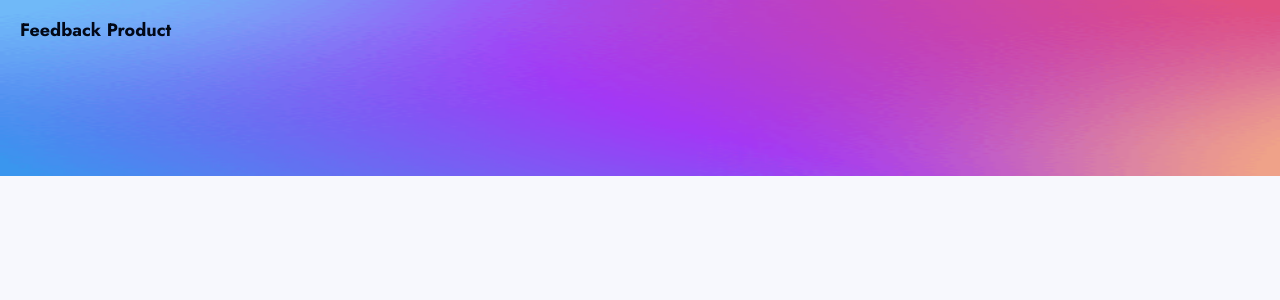
Repository: KornelJanczak/product-feedback-app
Page: /
The author's editor kept a copy of each file at every save. The page is drawn from the files as they stood at one save, then again after the next save.
The browser window is 1280 px wide. The pictures show the whole page.
The page's requests for data from a server got no answer. The project was rebuilt for these pictures with package versions that can differ from the ones it lists, and the page was loaded fresh each time. The framework's server and built-in components were replaced by stand-ins that run in the browser. No one was signed in, and anything a server would have sent is missing. Also part of the build but not shown: next.config.js, next.config.mjs.

Above is the page before, as saved 2024-01-29 18:27:58.

### app/layout.tsx
import type { Metadata } from "next";
import { Jost } from "next/font/google";
import { Toaster } from "sonner";
import "./globals.css";
import { authOptions } from "@/app/api/auth/[...nextauth]/options";
import { getServerSession } from "next-auth";
import AuthProvider from "@/providers/session-provider";

export const jost = Jost({
  subsets: ["latin"],
});

export const metadata: Metadata = {
  title: "Product Feedback",
  description: "Create your own section!",
};

export default async function RootLayout({
  children,
}: Readonly<{
  children: React.ReactNode;
}>) {
  const session = await getServerSession(authOptions);

  return (
    <html lang="en">
      <body
        className={`${jost.className} bg-darkWhite`}
        suppressHydrationWarning={true}
      >
        <AuthProvider session={session}>
          <Toaster position="top-center" />
          {children}
        </AuthProvider>
      </body>
    </html>
  );
}

### app/(content)/layout.tsx
import { ReactNode } from "react";
import Nav from "./_components/nav";

export default function Layout({ children }: { children: ReactNode }) {
  return (
    <>
      <Nav />
      {children}
    </>
  );
}

### app/globals.css
@tailwind base;
@tailwind components;
@tailwind utilities;

* {
  margin: 0;
  padding: 0;
}

@layer base {
  :root {
    --background: 0 0% 100%;
    --foreground: 222.2 84% 4.9%;

    --card: 0 0% 100%;
    --card-foreground: 222.2 84% 4.9%;

    --popover: 0 0% 100%;
    --popover-foreground: 222.2 84% 4.9%;

    --primary: 222.2 47.4% 11.2%;
    --primary-foreground: 210 40% 98%;

    --secondary: 210 40% 96.1%;
    --secondary-foreground: 222.2 47.4% 11.2%;

    --muted: 210 40% 96.1%;
    --muted-foreground: 215.4 16.3% 46.9%;

    --accent: 210 40% 96.1%;
    --accent-foreground: 222.2 47.4% 11.2%;

    --destructive: 0 84.2% 60.2%;
    --destructive-foreground: 210 40% 98%;

    --border: 214.3 31.8% 91.4%;
    --input: 214.3 31.8% 91.4%;
    --ring: 222.2 84% 4.9%;

    --radius: 0.5rem;
  }

  .dark {
    --background: 222.2 84% 4.9%;
    --foreground: 210 40% 98%;

    --card: 222.2 84% 4.9%;
    --card-foreground: 210 40% 98%;

    --popover: 222.2 84% 4.9%;
    --popover-foreground: 210 40% 98%;

    --primary: 210 40% 98%;
    --primary-foreground: 222.2 47.4% 11.2%;

    --secondary: 217.2 32.6% 17.5%;
    --secondary-foreground: 210 40% 98%;

    --muted: 217.2 32.6% 17.5%;
    --muted-foreground: 215 20.2% 65.1%;

    --accent: 217.2 32.6% 17.5%;
    --accent-foreground: 210 40% 98%;

    --destructive: 0 62.8% 30.6%;
    --destructive-foreground: 210 40% 98%;

    --border: 217.2 32.6% 17.5%;
    --input: 217.2 32.6% 17.5%;
    --ring: 212.7 26.8% 83.9%;
  }
}

@layer base {
  * {
    @apply border-border;
  }
  body {
    @apply bg-background text-foreground;
  }
}

### app/api/auth/[...nextauth]/options.ts
import NextAuth, { NextAuthOptions } from "next-auth";
import GithubProvider from "next-auth/providers/github";
import CredentialsProvider from "next-auth/providers/credentials";
import { PrismaAdapter } from "@next-auth/prisma-adapter";
import bcryptjs from "bcryptjs";
import prisma from "@/lib/db";

export const authOptions: NextAuthOptions = {
  adapter: PrismaAdapter(prisma),
  session: {
    strategy: "jwt",
  },
  secret: process.env.NEXTAUTH_SECRET,
  pages: {
    signIn: "/login",
  },
  providers: [
    GithubProvider({
      clientId: process.env.GITHUB_ID as string,
      clientSecret: process.env.GITHUB_SECRET as string,
    }),
    CredentialsProvider({
      name: "credentials",
      credentials: {},
      async authorize(credentials) {
        try {
          const { email, password } = credentials as {
            email: string;
            password: string;
          };

          console.log(email, password);
          const user = await prisma?.user.findFirst({
            where: {
              email,
            },
          });

          if (!user) return null;

          const passwordMatch = await bcryptjs.compare(
            password,
            user.password as string
          );

          if (!passwordMatch) return null;

          return user;
        } catch {
          return null;
        }
      },
    }),
  ],
  callbacks: {
    async signIn({ user, account }) {
      if (account?.provider == "credentials") return user;

      if (account?.provider === "github") {
        try {
          const existingUser = await prisma.user.findFirst({
            where: {
              email: user.email as string,
            },
          });

          if (existingUser) return existingUser;

          const newUser = await prisma.user.create({
            data: {
              userName: user.name!,
              email: user.email!,
            },
          });

          return newUser as any;
        } catch {
          return false;
        }
      }
    },
    async jwt({ token }) {
      const dbUser = await prisma.user.findFirst({
        where: {
          email: token.email as string,
        },
      });

      if (!dbUser) return token;

      return {
        id: dbUser.id,
        email: dbUser.email,
        name: dbUser.userName,
      };
    },

    async session({ token, session }) {
      if (token) {
        return {
          ...session,
          user: {
            email: token.email,
            name: token.name,
            id: token.id,
          },
        };
      }
      return session;
    },
    async redirect({ url, baseUrl }) {
      // if (url.startsWith("/")) return `${baseUrl}`;
      // // Allows callback URLs on the same origin
      // else if (new URL(url).origin === baseUrl) return baseUrl;
      // return baseUrl;
      return "/";
    },
  },
};

export default NextAuth(authOptions);

### providers/session-provider.tsx
"use client";
import { SessionProvider } from "next-auth/react";
import { ReactNode } from "react";
export default function AuthProvider({
  children,
  session,
}: {
  children: ReactNode;
  session: any;
}) {
  return <SessionProvider session={session}>{children}</SessionProvider>;
}

### app/(content)/_components/nav.tsx
import ResponsiveImage from "@/components/ui/responsive-image";

export default function Nav() {
  return (
    <header className="text relative">
      <ResponsiveImage
        images={{
          desktop: "/assets/suggestions/desktop/background-header.png",
          mobile: "/assets/suggestions/mobile/background-header.png",
          tablet: "/assets/suggestions/tablet/background-header.png",
        }}
        pictureClassName="absolute w-full w-full sm:h-16"
        imgClassName="w-full h-16 sm:h-44"
        altText="Gradient image"
        width={340}
        height={72}
      />
      <div className="container z-10 absolute pt-4">
        <h2 className="text-lg font-bold text-">Feedback Product</h2>
      </div>
    </header>
  );
}

### components/ui/responsive-image.tsx
import Image from "next/image";

interface Data {
  images: {
    mobile?: string;
    tablet?: string;
    desktop: string;
  };
  altText: string;
  width: number;
  height: number;
  pictureClassName?: any | null | undefined;
  imgClassName?: any | null | undefined;
}

const ResponsiveImage = ({
  images,
  altText,
  width,
  height,
  pictureClassName,
  imgClassName,
}: Data) => {
  return (
    <picture className={pictureClassName}>
      <source media="(min-width: 1024px)" srcSet={images.desktop} />
      <source media="(min-width: 768px)" srcSet={images.tablet} />
      <source media="(min-width: 640px)" srcSet={images.mobile} />
      <Image
        src={images.desktop}
        alt={altText}
        width={width}
        height={height}
        className={imgClassName}
        loading="lazy"
      />
    </picture>
  );
};
export default ResponsiveImage;

### tailwind.config.ts
import type { Config } from "tailwindcss";

const config = {
  darkMode: ["class"],
  content: [
    "./pages/**/*.{ts,tsx}",
    "./components/**/*.{ts,tsx}",
    "./app/**/*.{ts,tsx}",
    "./src/**/*.{ts,tsx}",
  ],
  prefix: "",
  theme: {
    container: {
      center: true,
      padding: {
        DEFAULT: "1.25rem",
        sm: "1.25rem",
        md: "1.25rem",
        lg: "2,5rem",
        xl: "2,5rem",
        "2xl": "2,5rem",
      },
      screens: {
        default: "1400px",
        sm: "640px",
        md: "768px",
        lg: "1024px",
        xl: "1280",
        "2xl": "1400px",
      },
    },
    extend: {
      backgroundImage: {
        "header-mobile": "url('/assets/suggestions/mobile/background-header.png')",
        "header-desktop": "url('/assets/suggestions/desktop/background-header.png')",
        "header-tablet": "url('/assets/suggestions/tablet/background-header.png')",
      },
      colors: {
        border: "hsl(var(--border))",
        input: "hsl(var(--input))",
        ring: "hsl(var(--ring))",
        background: "hsl(var(--background))",
        foreground: "hsl(var(--foreground))",
        primary: {
          DEFAULT: "hsl(var(--primary))",
          foreground: "hsl(var(--primary-foreground))",
        },
        secondary: {
          DEFAULT: "hsl(var(--secondary))",
          foreground: "hsl(var(--secondary-foreground))",
        },
        destructive: {
          DEFAULT: "hsl(var(--destructive))",
          foreground: "hsl(var(--destructive-foreground))",
        },
        muted: {
          DEFAULT: "hsl(var(--muted))",
          foreground: "hsl(var(--muted-foreground))",
        },
        accent: {
          DEFAULT: "hsl(var(--accent))",
          foreground: "hsl(var(--accent-foreground))",
        },
        popover: {
          DEFAULT: "hsl(var(--popover))",
          foreground: "hsl(var(--popover-foreground))",
        },
        card: {
          DEFAULT: "hsl(var(--card))",
          foreground: "hsl(var(--card-foreground))",
        },
        pink: "#AD1EFA",
        blue: "#4661E6",
        lighterBlue: "#62BCFA",
        dark: "rgb(55, 63, 104)",
        secondDark: "#3A4374",
        grey: "#647196",
        orange: "#F49F85",
        basicWhite: "#ffffff",
        middleWhite: "#F2F4FF",
        darkWhite: "#F7F8FD",
      },
      borderRadius: {
        lg: "var(--radius)",
        md: "calc(var(--radius) - 2px)",
        sm: "calc(var(--radius) - 4px)",
      },
      keyframes: {
        "accordion-down": {
          from: { height: "0" },
          to: { height: "var(--radix-accordion-content-height)" },
        },
        "accordion-up": {
          from: { height: "var(--radix-accordion-content-height)" },
          to: { height: "0" },
        },
      },
      animation: {
        "accordion-down": "accordion-down 0.2s ease-out",
        "accordion-up": "accordion-up 0.2s ease-out",
      },
    },
  },
  plugins: [require("tailwindcss-animate")],
} satisfies Config;

export default config;

Loaded but not shown: app/(content)/page.tsx (common file); lib/db.ts (common file)

After the next save:
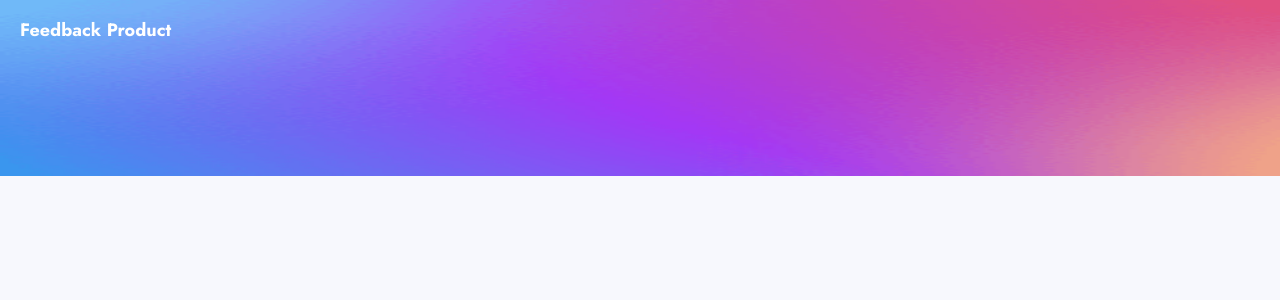
Saved 79 s later.
--- a/app/(content)/_components/nav.tsx
+++ b/app/(content)/_components/nav.tsx
@@ -16,7 +16,7 @@ export default function Nav() {
         height={72}
       />
       <div className="container z-10 absolute pt-4">
-        <h2 className="text-lg font-bold text-">Feedback Product</h2>
+        <h2 className="text-lg font-bold text-basicWhite">Feedback Product</h2>
       </div>
     </header>
   );
